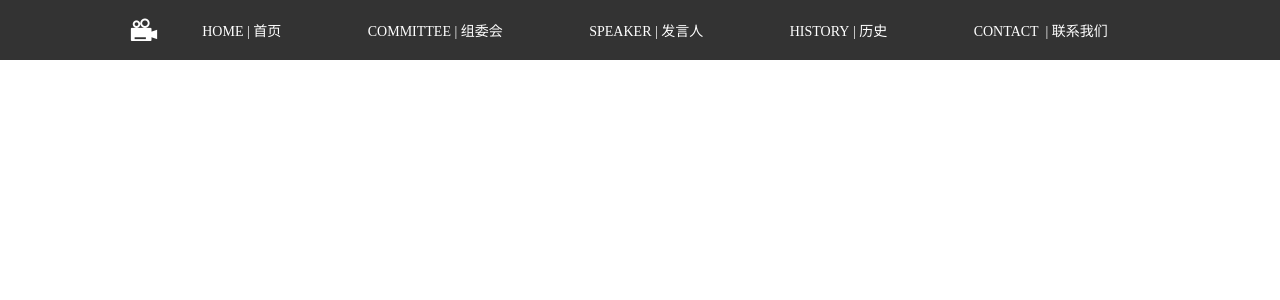
Repository: sunfeinb/huiyi
Page: /
The author's editor kept a copy of each file at every save. The page is drawn from the files as they stood at one save, then again after the next save.
The browser window is 1280 px wide. The pictures show the whole page.
The project was rebuilt for these pictures with package versions that can differ from the ones it lists, and the page was loaded fresh each time.

Above is the page before, as saved 2021-11-02 16:32:58.

After the next save:
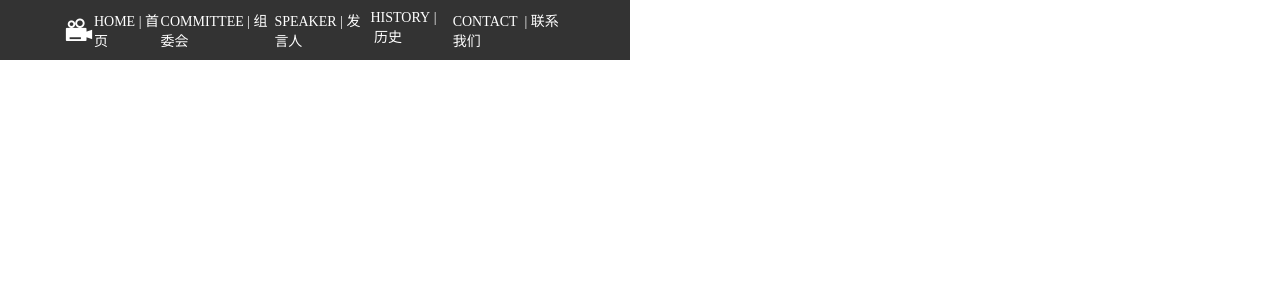
Saved 44 s later.
--- a/src/views/Home.vue
+++ b/src/views/Home.vue
@@ -1,7 +1,7 @@
 <template>
   <div>
     <el-container>
-      <el-header style="  background-color: #333;">
+      <el-header style="  background-color: #333;" class="headering">
         <div class="box">
           <div>
             <i class="el-icon-video-camera-solid" style="font-size:30px"></i>
@@ -39,6 +39,9 @@
 </script>
 
 <style lang='scss' scoped>
+.headering{
+  position: fixed;
+}
 .box {
   display: flex;
   justify-content: center;

After the save that followed:
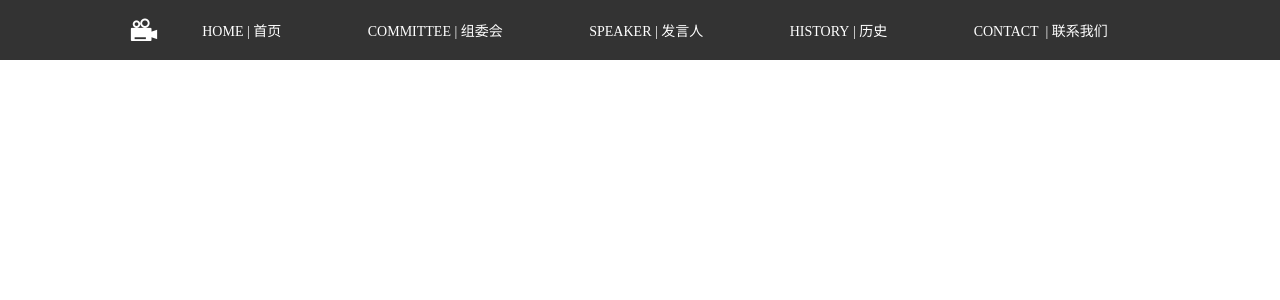
Saved 12 s later.
--- a/src/views/Home.vue
+++ b/src/views/Home.vue
@@ -41,6 +41,7 @@
 <style lang='scss' scoped>
 .headering{
   position: fixed;
+  width: 100%;
 }
 .box {
   display: flex;
